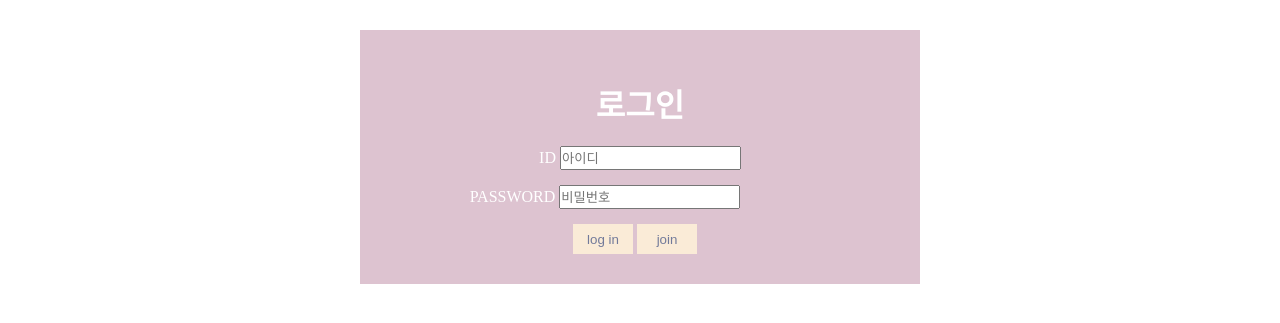
Repository: kayoyo/jsp
Page: http://localhost/BoardWeb_4/login
The author's editor kept a copy of each file at every save. The page is drawn from the files as they stood at one save, then again after the next save.
The browser window is 1280 px wide. The pictures show the whole page.
The page is served by Tomcat 9.

Above is the page before, as saved 2020-08-27 04:38:02.

After the next save:
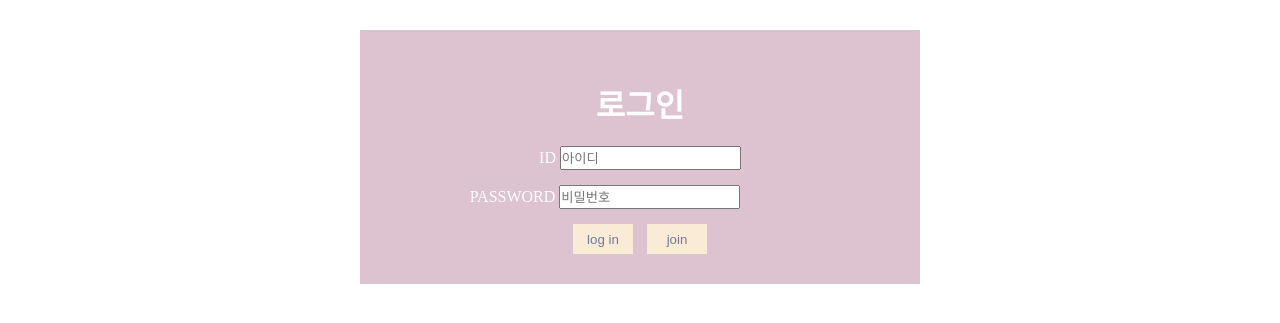
Saved 14 s later.
--- a/BoardWeb_4/WebContent/WEB-INF/jsp/user/login.jsp
+++ b/BoardWeb_4/WebContent/WEB-INF/jsp/user/login.jsp
@@ -16,7 +16,7 @@
  input {height : 20px;}
  #login {width: 60px; height: 30px;
  		color: #727A9A; background-color: #faebd7; border:none;}
- #join {width: 60px; height: 30px; margin-right: 10px;
+ #join {width: 60px; height: 30px; margin-left: 10px;
  		color: #727A9A; background-color: #faebd7; border:none;}
 
 
